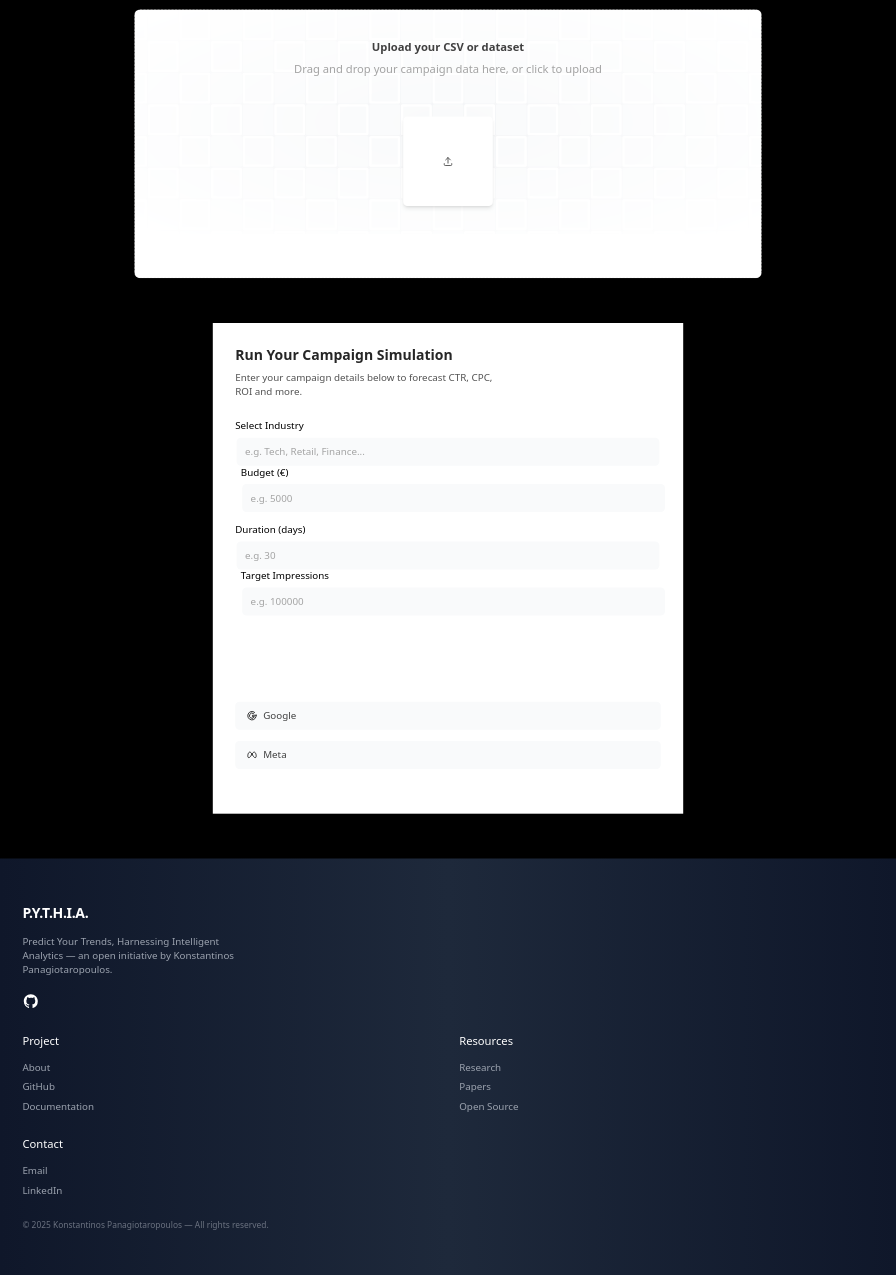
Repository: gaswiz/pythia-core
Page: / (app in frontend-v2/)
These files come from the project's save history. The page is drawn as it stood at one moment and after the next save; the edit follows.
The browser window is 1280 px wide. The pictures show the part of the page from y = 1529 to 3449 px (the page is 3351 px tall before and 3449 px after), at 70% of full size.
Some web libraries are served in a nearby version. The project was rebuilt for these pictures with package versions that can differ from the ones it lists, and the page was loaded fresh each time. Also part of the build but not shown: frontend-v2/vite.config.js, frontend-v2/src/components/ui/ForecastReport.tsx.

Above is the page before, as saved 2025-05-28 12:40:54.

### frontend-v2/index.html
<!DOCTYPE html>
<html lang="en">
  <head>
    <meta charset="UTF-8" />
    <meta name="viewport" content="width=device-width, initial-scale=1.0" />
    <title>P.Y.T.H.I.A.</title>
    <script src="https://cdn.tailwindcss.com"></script>
  </head>
  <body class="bg-gray-50 font-sans">
    <div id="root"></div>
    <script type="module" src="/src/main.jsx"></script>
  </body>
</html>

### frontend-v2/src/main.jsx
/*
  File: /src/main.jsx
  Description: Entry point that renders the main App component for P.Y.T.H.I.A.
*/

import React from 'react';
import ReactDOM from 'react-dom/client';
import App from './App.jsx';
import './index.css';

ReactDOM.createRoot(document.getElementById('root')).render(
  <React.StrictMode>
    <App />
  </React.StrictMode>
);

### frontend-v2/src/App.jsx
import React from "react";
import HeroSectionOne from "./components/ui/hero-section-demo-1";
import FileUploadDemo from "./components/ui/file-upload-demo";
import CampaignSimulationForm from "./components/ui/CampaignSimulationForm";
import Footer from "@/components/ui/Footer";

function App() {
  return (
    <div className="min-h-screen bg-black text-white space-y-16">
      <HeroSectionOne />
      <FileUploadDemo />
      <CampaignSimulationForm /> {/* new UI form */}
       <Footer />
    </div>
  );
}

export default App;

### frontend-v2/src/index.css
/*
  File: /src/index.css
  Description: Tailwind base with dark theme default background
*/

@tailwind base;
@tailwind components;
@tailwind utilities;

/* Ensure full background black */
html, body {
  background-color: #000;
  color: white;
  min-height: 100%;
  margin: 0;
  padding: 0;
}


img {
  object-fit: contain;
  width: 64px;
  height: 64px;
  border-radius: 0.75rem;
  transition: transform 0.2s ease;
}

img:hover {
  transform: scale(1.1);
}

input, button, select, textarea {
  color: black;
  background-color: white;
  border-radius: 0.5rem;
  padding: 0.5rem;
}

/* Ensure all MUI Chart text renders in white */
.MuiChartsAxis-tickLabel,
.MuiChartsAxis-label,
.MuiChartsLegend-series,
.MuiChartsTooltip-root {
  fill: white !important;
  color: white !important;
}

.MuiChartsAxis-line,
.MuiChartsAxis-tick {
  stroke: white !important;
}

### frontend-v2/src/components/ui/hero-section-demo-1.tsx
/*
  File: /src/components/ui/hero-section-demo-1.tsx
  Description: Hero updated with ML-focused slogan, real links, and modal image
*/

"use client";

import { motion } from "framer-motion";

export default function HeroSectionOne() {
  return (
    <div className="relative mx-auto my-10 flex max-w-7xl flex-col items-center justify-center">
      <Navbar />
      <div className="absolute inset-y-0 left-0 h-full w-px bg-neutral-200/80 dark:bg-neutral-800/80">
        <div className="absolute top-0 h-40 w-px bg-gradient-to-b from-transparent via-purple-500 to-transparent" />
      </div>
      <div className="absolute inset-y-0 right-0 h-full w-px bg-neutral-200/80 dark:bg-neutral-800/80">
        <div className="absolute h-40 w-px bg-gradient-to-b from-transparent via-purple-500 to-transparent" />
      </div>
      <div className="absolute inset-x-0 bottom-0 h-px w-full bg-neutral-200/80 dark:bg-neutral-800/80">
        <div className="absolute mx-auto h-px w-40 bg-gradient-to-r from-transparent via-purple-500 to-transparent" />
      </div>
      <div className="px-4 py-10 md:py-20">
        <h1 className="relative z-10 mx-auto max-w-4xl text-center text-2xl font-bold text-slate-100 md:text-4xl lg:text-7xl dark:text-slate-300">
          {"Machine Learning Intelligence. Real Campaign Foresight.".split(" ").map((word, index) => (
            <motion.span
              key={index}
              initial={{ opacity: 0, filter: "blur(4px)", y: 10 }}
              animate={{ opacity: 1, filter: "blur(0px)", y: 0 }}
              transition={{ duration: 0.3, delay: index * 0.1, ease: "easeInOut" }}
              className="mr-2 inline-block"
            >
              {word}
            </motion.span>
          ))}
        </h1>
        <motion.p
          initial={{ opacity: 0 }}
          animate={{ opacity: 1 }}
          transition={{ duration: 0.3, delay: 0.8 }}
          className="relative z-10 mx-auto max-w-xl py-4 text-center text-lg font-normal text-neutral-400"
        >
          P.Y.T.H.I.A. — Predict Your Trends, Harnessing Intelligent Analytics. A predictive analytics platform designed to optimize advertising ROI before campaign launch.
        </motion.p>
        <motion.div
          initial={{ opacity: 0 }}
          animate={{ opacity: 1 }}
          transition={{ duration: 0.3, delay: 1 }}
          className="relative z-10 mt-8 flex flex-wrap items-center justify-center gap-4"
        >
          <a
            href="https://github.com/gaswiz/pythia-core"
            target="_blank"
            rel="noopener noreferrer"
            className="w-60 transform rounded-lg bg-purple-600 px-6 py-2 font-medium text-white text-center transition-all duration-300 hover:-translate-y-0.5 hover:bg-purple-700"
          >
            Try the Simulator
          </a>
          <a
            href="https://github.com/gaswiz/pythia-core/blob/main/README.md"
            target="_blank"
            rel="noopener noreferrer"
            className="w-60 transform rounded-lg border border-gray-300 bg-white px-6 py-2 font-medium text-black text-center transition-all duration-300 hover:-translate-y-0.5 hover:bg-gray-100 dark:border-gray-700 dark:bg-black dark:text-white dark:hover:bg-gray-900"
          >
            Learn More
          </a>
        </motion.div>
        <motion.div
          initial={{ opacity: 0, y: 10 }}
          animate={{ opacity: 1, y: 0 }}
          transition={{ duration: 0.3, delay: 1.2 }}
          className="relative z-10 mt-20 rounded-3xl border border-neutral-200 bg-neutral-100 p-4 shadow-md dark:border-neutral-800 dark:bg-neutral-900"
        >
          <div className="w-full overflow-hidden rounded-xl border border-gray-300 dark:border-gray-700">
            <img
              src="/kostas.jpg"
              alt="P.Y.T.H.I.A. preview"
              className="aspect-[16/9] h-auto w-full object-cover"
              height={1000}
              width={1000}
            />
          </div>
        </motion.div>
      </div>
    </div>
  );
}

const Navbar = () => {
  return (
    <nav className="flex w-full items-center justify-between border-t border-b border-neutral-200 px-4 py-4 dark:border-neutral-800">
      <div className="flex items-center gap-2">
        <div className="size-7 rounded-full bg-gradient-to-br from-purple-500 to-pink-500" />
        <h1 className="text-base font-bold md:text-2xl">P.Y.T.H.I.A.</h1>
      </div>
      <a
        href="https://github.com/gaswiz/pythia-core"
        target="_blank"
        rel="noopener noreferrer"
        className="w-24 transform rounded-lg bg-purple-600 px-6 py-2 font-medium text-white text-center transition-all duration-300 hover:-translate-y-0.5 hover:bg-purple-700 md:w-32"
      >
        GitHub
      </a>
    </nav>
  );
};

### frontend-v2/src/components/ui/file-upload-demo.tsx
// File: src/components/ui/file-upload-demo.tsx

"use client";

import React, { useState } from "react";
import { FileUpload } from "./file-upload"; // ✅ only one correct import

export default function FileUploadDemo() {
  const [files, setFiles] = useState<File[]>([]);

  const handleFileUpload = (files: File[]) => {
    setFiles(files);
    console.log("Uploaded files:", files);
  };

  return (
    <div className="w-full max-w-4xl mx-auto min-h-96 border border-dashed bg-white dark:bg-black border-neutral-200 dark:border-neutral-800 rounded-lg">
      <FileUpload onChange={handleFileUpload} />
    </div>
  );
}

### frontend-v2/src/components/ui/Footer.tsx
"use client";

import React from "react";

export default function Footer() {
  return (
    <footer className="bg-gradient-to-r from-[#0f172a] via-[#1e293b] to-[#0f172a] text-white">
      <div className="max-w-screen-xl px-4 py-16 mx-auto sm:px-6 lg:px-8">
        <div className="grid grid-cols-1 gap-8 lg:grid-cols-3">
          <div>
            <h2 className="text-xl font-semibold tracking-tight">P.Y.T.H.I.A.</h2>
            <p className="max-w-xs mt-4 text-sm text-gray-400">
              Predict Your Trends, Harnessing Intelligent Analytics — an open initiative by Konstantinos Panagiotaropoulos.
            </p>
            <div className="flex mt-6 space-x-4">
              <a
                className="hover:opacity-75"
                href="https://github.com/gaswiz"
                target="_blank"
                rel="noreferrer"
              >
                <svg
                  className="w-6 h-6"
                  fill="currentColor"
                  viewBox="0 0 24 24"
                  aria-hidden="true"
                >
                  <path
                    fillRule="evenodd"
                    d="M12 2C6.477 2 2 6.484 2 12.017c0 4.425 2.865 8.18 6.839 9.504.5.092.682-.217.682-.483
                      0-.237-.008-.868-.013-1.703-2.782.605-3.369-1.343-3.369-1.343-.454-1.158-1.11-1.466-1.11-1.466-.908-.62.069-.608.069-.608
                      1.003.07 1.531 1.032 1.531 1.032.892 1.53 2.341 1.088 2.91.832.092-.647.35-1.088.636-1.338
                      -2.22-.253-4.555-1.113-4.555-4.951 0-1.093.39-1.988 1.029-2.688-.103-.253-.446-1.272.098-2.65
                      0 0 .84-.27 2.75 1.026A9.564 9.564 0 0112 6.844c.85.004 1.705.115 2.504.337
                      1.909-1.296 2.747-1.027 2.747-1.027.546 1.379.202 2.398.1 2.651.64.7 1.028 1.595 1.028 2.688
                      0 3.848-2.339 4.695-4.566 4.943.359.309.678.92.678 1.855 0 1.338-.012 2.419-.012 2.747
                      0 .268.18.58.688.482A10.019 10.019 0 0022 12.017C22 6.484 17.522 2 12 2z"
                    clipRule="evenodd"
                  />
                </svg>
              </a>
              <a
                className="hover:opacity-75"
                href="https://twitter.com/gaswiz"
                target="_blank"
                rel="noreferrer"
              >
                <svg
                  className="w-6 h-6"
                  fill="currentColor"
                  viewBox="0 0 24 24"
                  aria-hidden="true"
                >
                  <path d="M8.29 20.251c7.547 0 11.675-6.253..." />
                </svg>
              </a>
            </div>
          </div>

          <div className="grid grid-cols-2 gap-8 lg:col-span-2 sm:grid-cols-3 lg:grid-cols-4">
            <div>
              <p className="font-medium text-white">Project</p>
              <nav className="flex flex-col mt-4 space-y-2 text-sm text-gray-400">
                <a href="#">About</a>
                <a href="https://github.com/gaswiz/pythia">GitHub</a>
                <a href="#">Documentation</a>
              </nav>
            </div>
            <div>
              <p className="font-medium text-white">Resources</p>
              <nav className="flex flex-col mt-4 space-y-2 text-sm text-gray-400">
                <a href="#">Research</a>
                <a href="#">Papers</a>
                <a href="#">Open Source</a>
              </nav>
            </div>
            <div>
              <p className="font-medium text-white">Contact</p>
              <nav className="flex flex-col mt-4 space-y-2 text-sm text-gray-400">
                <a href="mailto:konstantinos@pandectes.io">Email</a>
                <a href="#">LinkedIn</a>
              </nav>
            </div>
          </div>
        </div>
        <p className="mt-8 text-xs text-gray-500">
          © {new Date().getFullYear()} Konstantinos Panagiotaropoulos — All rights reserved.
        </p>
      </div>
    </footer>
  );
}

### frontend-v2/src/components/ui/label.tsx
"use client";
import * as React from "react";
import * as LabelPrimitive from "@radix-ui/react-label";
import { cn } from "../../lib/utils";

const Label = React.forwardRef<
  React.ElementRef<typeof LabelPrimitive.Root>,
  React.ComponentPropsWithoutRef<typeof LabelPrimitive.Root>
>(({ className, ...props }, ref) => (
  <LabelPrimitive.Root
    ref={ref}
    className={cn(
      "text-sm font-medium text-black dark:text-white leading-none peer-disabled:cursor-not-allowed peer-disabled:opacity-70",
      className
    )}
    {...props}
  />
));

Label.displayName = LabelPrimitive.Root.displayName;

export { Label };

### frontend-v2/src/components/ui/input.tsx
"use client";
import * as React from "react";
import { cn } from "../../lib/utils";

import { useMotionTemplate, useMotionValue, motion } from "framer-motion";

export interface InputProps extends React.InputHTMLAttributes<HTMLInputElement> {}

const Input = React.forwardRef<HTMLInputElement, InputProps>(({ className, type, ...props }, ref) => {
  const radius = 100;
  const [visible, setVisible] = React.useState(false);
  let mouseX = useMotionValue(0);
  let mouseY = useMotionValue(0);

  function handleMouseMove({ currentTarget, clientX, clientY }: any) {
    let { left, top } = currentTarget.getBoundingClientRect();
    mouseX.set(clientX - left);
    mouseY.set(clientY - top);
  }

  return (
    <motion.div
      style={{
        background: useMotionTemplate`
          radial-gradient(
            ${visible ? radius + "px" : "0px"} circle at ${mouseX}px ${mouseY}px,
            #3b82f6,
            transparent 80%
          )`
      }}
      onMouseMove={handleMouseMove}
      onMouseEnter={() => setVisible(true)}
      onMouseLeave={() => setVisible(false)}
      className="group/input rounded-lg p-[2px] transition duration-300"
    >
      <input
        type={type}
        className={cn(
          "shadow-input dark:placeholder-text-neutral-600 flex h-10 w-full rounded-md border-none bg-gray-50 px-3 py-2 text-sm text-black transition duration-400 group-hover/input:shadow-none file:border-0 file:bg-transparent file:text-sm file:font-medium placeholder:text-neutral-400 focus-visible:ring-[2px] focus-visible:ring-neutral-400 focus-visible:outline-none disabled:cursor-not-allowed disabled:opacity-50 dark:bg-zinc-800 dark:text-white dark:shadow-[0px_0px_1px_1px_#404040] dark:focus-visible:ring-neutral-600",
          className
        )}
        ref={ref}
        {...props}
      />
    </motion.div>
  );
});

Input.displayName = "Input";

export { Input };

### frontend-v2/src/lib/utils.ts
export function cn(...classes: (string | false | null | undefined)[]): string {
  return classes.filter(Boolean).join(" ");
}

Loaded but not shown: frontend-v2/src/components/ui/CampaignSimulationForm.tsx (151 lines, source omitted); frontend-v2/src/components/ui/file-upload.tsx (132 lines, source omitted)

After the next save:
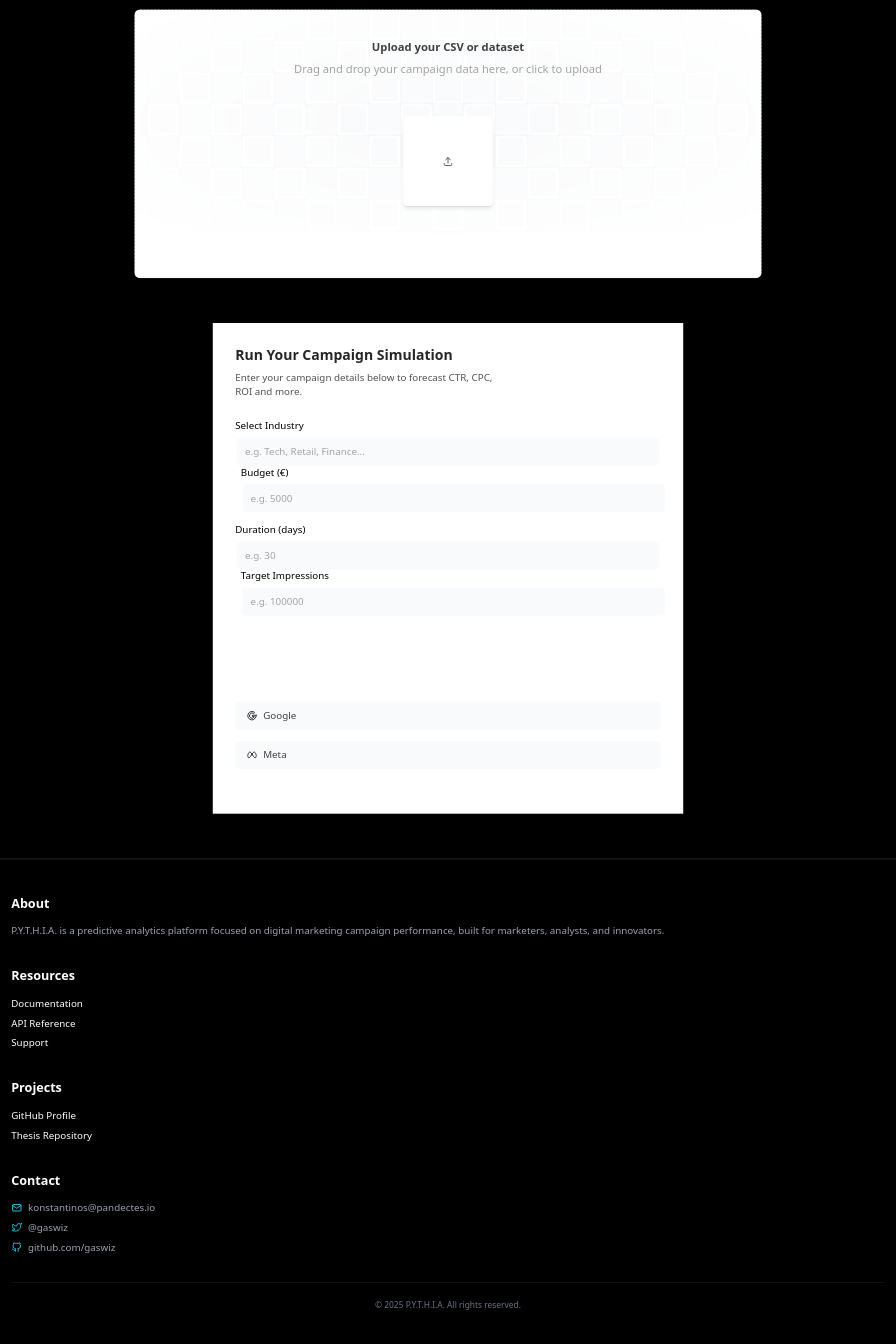
Saved 4 min 53 s later.
--- a/frontend-v2/src/components/ui/Footer.tsx
+++ b/frontend-v2/src/components/ui/Footer.tsx
@@ -1,91 +1,83 @@
-"use client";
-
 import React from "react";
+import {
+  IconBrandGithub,
+  IconBrandTwitter,
+  IconMail,
+} from "@tabler/icons-react";
 
 export default function Footer() {
   return (
-    <footer className="bg-gradient-to-r from-[#0f172a] via-[#1e293b] to-[#0f172a] text-white">
-      <div className="max-w-screen-xl px-4 py-16 mx-auto sm:px-6 lg:px-8">
-        <div className="grid grid-cols-1 gap-8 lg:grid-cols-3">
-          <div>
-            <h2 className="text-xl font-semibold tracking-tight">P.Y.T.H.I.A.</h2>
-            <p className="max-w-xs mt-4 text-sm text-gray-400">
-              Predict Your Trends, Harnessing Intelligent Analytics — an open initiative by Konstantinos Panagiotaropoulos.
-            </p>
-            <div className="flex mt-6 space-x-4">
+    <footer className="border-t border-white/20 bg-transparent text-white py-12 px-4">
+      <div className="max-w-screen-xl mx-auto grid grid-cols-1 sm:grid-cols-2 lg:grid-cols-4 gap-10">
+        <div>
+          <h2 className="text-lg font-semibold text-white">About</h2>
+          <p className="text-sm mt-4 text-gray-400">
+            P.Y.T.H.I.A. is a predictive analytics platform focused on digital
+            marketing campaign performance, built for marketers, analysts, and
+            innovators.
+          </p>
+        </div>
+
+        <div>
+          <h2 className="text-lg font-semibold text-white">Resources</h2>
+          <ul className="mt-4 space-y-2 text-sm">
+            <li><a href="#" className="hover:text-cyan-400 transition">Documentation</a></li>
+            <li><a href="#" className="hover:text-cyan-400 transition">API Reference</a></li>
+            <li><a href="#" className="hover:text-cyan-400 transition">Support</a></li>
+          </ul>
+        </div>
+
+        <div>
+          <h2 className="text-lg font-semibold text-white">Projects</h2>
+          <ul className="mt-4 space-y-2 text-sm">
+            <li>
               <a
-                className="hover:opacity-75"
                 href="https://github.com/gaswiz"
                 target="_blank"
-                rel="noreferrer"
+                rel="noopener noreferrer"
+                className="hover:text-cyan-400 transition"
               >
-                <svg
-                  className="w-6 h-6"
-                  fill="currentColor"
-                  viewBox="0 0 24 24"
-                  aria-hidden="true"
-                >
-                  <path
-                    fillRule="evenodd"
-                    d="M12 2C6.477 2 2 6.484 2 12.017c0 4.425 2.865 8.18 6.839 9.504.5.092.682-.217.682-.483
-                      0-.237-.008-.868-.013-1.703-2.782.605-3.369-1.343-3.369-1.343-.454-1.158-1.11-1.466-1.11-1.466-.908-.62.069-.608.069-.608
-                      1.003.07 1.531 1.032 1.531 1.032.892 1.53 2.341 1.088 2.91.832.092-.647.35-1.088.636-1.338
-                      -2.22-.253-4.555-1.113-4.555-4.951 0-1.093.39-1.988 1.029-2.688-.103-.253-.446-1.272.098-2.65
-                      0 0 .84-.27 2.75 1.026A9.564 9.564 0 0112 6.844c.85.004 1.705.115 2.504.337
-                      1.909-1.296 2.747-1.027 2.747-1.027.546 1.379.202 2.398.1 2.651.64.7 1.028 1.595 1.028 2.688
-                      0 3.848-2.339 4.695-4.566 4.943.359.309.678.92.678 1.855 0 1.338-.012 2.419-.012 2.747
-                      0 .268.18.58.688.482A10.019 10.019 0 0022 12.017C22 6.484 17.522 2 12 2z"
-                    clipRule="evenodd"
-                  />
-                </svg>
+                GitHub Profile
               </a>
+            </li>
+            <li><a href="#" className="hover:text-cyan-400 transition">Thesis Repository</a></li>
+          </ul>
+        </div>
+
+        <div>
+          <h2 className="text-lg font-semibold text-white">Contact</h2>
+          <ul className="mt-4 space-y-2 text-sm text-gray-400">
+            <li className="flex items-center space-x-2">
+              <IconMail className="w-4 h-4 text-cyan-400" />
+              <span>konstantinos@pandectes.io</span>
+            </li>
+            <li className="flex items-center space-x-2">
+              <IconBrandTwitter className="w-4 h-4 text-cyan-400" />
               <a
-                className="hover:opacity-75"
                 href="https://twitter.com/gaswiz"
                 target="_blank"
-                rel="noreferrer"
+                rel="noopener noreferrer"
+                className="hover:text-white transition"
               >
-                <svg
-                  className="w-6 h-6"
-                  fill="currentColor"
-                  viewBox="0 0 24 24"
-                  aria-hidden="true"
-                >
-                  <path d="M8.29 20.251c7.547 0 11.675-6.253..." />
-                </svg>
+                @gaswiz
               </a>
-            </div>
-          </div>
-
-          <div className="grid grid-cols-2 gap-8 lg:col-span-2 sm:grid-cols-3 lg:grid-cols-4">
-            <div>
-              <p className="font-medium text-white">Project</p>
-              <nav className="flex flex-col mt-4 space-y-2 text-sm text-gray-400">
-                <a href="#">About</a>
-                <a href="https://github.com/gaswiz/pythia">GitHub</a>
-                <a href="#">Documentation</a>
-              </nav>
-            </div>
-            <div>
-              <p className="font-medium text-white">Resources</p>
-              <nav className="flex flex-col mt-4 space-y-2 text-sm text-gray-400">
-                <a href="#">Research</a>
-                <a href="#">Papers</a>
-                <a href="#">Open Source</a>
-              </nav>
-            </div>
-            <div>
-              <p className="font-medium text-white">Contact</p>
-              <nav className="flex flex-col mt-4 space-y-2 text-sm text-gray-400">
-                <a href="mailto:konstantinos@pandectes.io">Email</a>
-                <a href="#">LinkedIn</a>
-              </nav>
-            </div>
-          </div>
+            </li>
+            <li className="flex items-center space-x-2">
+              <IconBrandGithub className="w-4 h-4 text-cyan-400" />
+              <a
+                href="https://github.com/gaswiz"
+                target="_blank"
+                rel="noopener noreferrer"
+                className="hover:text-white transition"
+              >
+                github.com/gaswiz
+              </a>
+            </li>
+          </ul>
         </div>
-        <p className="mt-8 text-xs text-gray-500">
-          © {new Date().getFullYear()} Konstantinos Panagiotaropoulos — All rights reserved.
-        </p>
+      </div>
+      <div className="mt-10 text-center text-xs text-gray-500 border-t border-white/10 pt-6">
+        © {new Date().getFullYear()} P.Y.T.H.I.A. All rights reserved.
       </div>
     </footer>
   );
